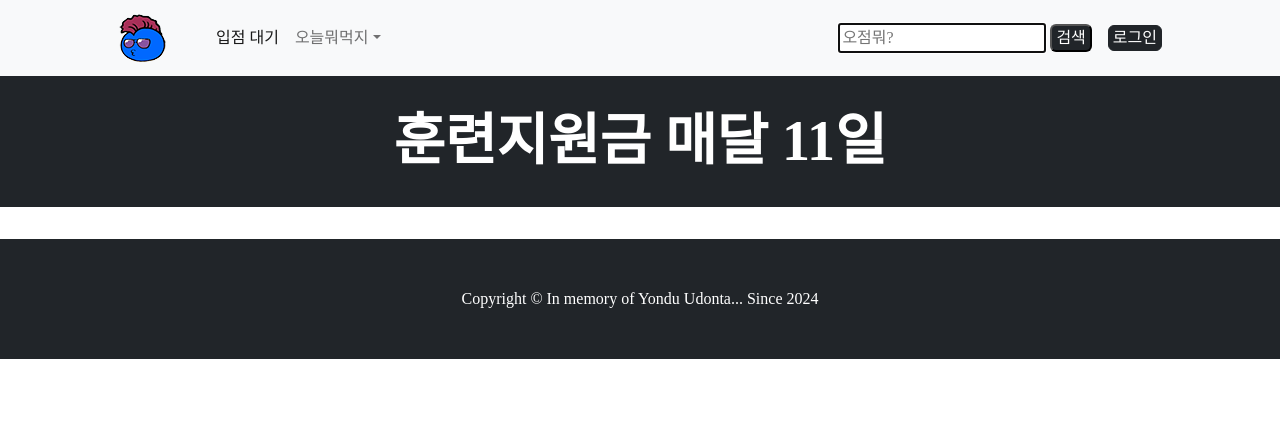
Repository: ashwan94/ydzone
Page: http://localhost/YonduZone/main
These files come from the project's save history. The page is drawn as it stood at one moment and after the next save; the edit follows.
The browser window is 1280 px wide. The pictures show the whole page.
Some web fonts or font styles are not loaded; a fallback is used. The page is served by Tomcat 9. Other server files are loaded and not shown. Queries for data that is not in the repository find no rows.

Above is the page before, as saved 2024-05-01 11:58:39.
Console error: SyntaxError: Identifier 'loginCheck' has already been declared

### YonduZone/src/main/webapp/WEB-INF/views/common/main.jsp
<%@ page language="java" contentType="text/html; charset=UTF-8"
	pageEncoding="UTF-8"%>
<%@ taglib prefix="c" uri="http://java.sun.com/jsp/jstl/core"%>
<jsp:include page="/WEB-INF/views/common/header.jsp">
	<jsp:param value="욘두존에 오신 것을 환영합니다." name="title" />
	<jsp:param value="훈련지원금 매달 11일" name="center" />
	<jsp:param value="" name="content" />
</jsp:include>
<style>
	.imgContainer{
		overflow:hidden;
	}
</style>

<section class="py-2">
<div>${msg }</div>
	<div class="container px-4 px-lg-5 mt-3">
		<div class="row gx-4 gx-lg-4 row-cols-2 row-cols-md-3 row-cols-xl-4 justify-content-center">
			<c:forEach var="rst" items="${restaurants}">
				<a href="/restaurant/view?no=${rst.no }&restaurantName=${rst.restaurantName}&intro=${rst.intro }&open=${rst.open }&addr=${rst.addr }&tel=${rst.tel }&details=${rst.details }&hits=${rst.hits }&createDate=${rst.createDate }&fileName=${rst.fileName }&menuName=${rst.menuName}&price=${rst.price}&category=${rst.category}">
					<div class="col mb-4">
						<div class="card">
							<div class="card border-0 text-center">${rst.no }</div>
								<div class="imgContainer">
								<!-- Product image-->
								<img class="card-img-top rounded" src="${pageContext.request.contextPath }/Source/Restaurant_images/${rst.fileName}" style="width:95%; height:35vh; margin-left:2.5%;" alt="${rst.fileName }"/>
								</div>
							<!-- Product details-->
							<div class="card-body pb-0">
								<div class="text-center pb-2">
									<!-- Product name-->
									<h5 class="fw-bolder m-1">${rst.restaurantName }</h5>
									<h6 class="fw-bolder m-1">${rst.menuName }</h6>
									<!-- Product price-->
									<span class="price">${rst.price }</span>
								</div>
							</div>
							<!-- Product actions-->
							<div class="card-footer pt-0 mb-1 border-top-0 bg-transparent">
								<div class="text-center">
									<div class="btn btn-outline-dark my-1">${rst.intro }</div>
									<div class="btn btn-outline-dark my-1">${rst.details }</div>
								</div>
							</div>
						</div>
					</div>
				</a>
			</c:forEach>
		</div>
	</div>
<input type="hidden" id="msg" value="${msg }">
</section>
<script>
	var msgEl = document.querySelector("#msg");
	if(msgEl.value != "") {
		alert(${msg});
		alert("회원강비 완료!");
		console.log("콘솔은 잘됨");
	}

	const searchBar = document.querySelector("#searchBar");
	searchBar.select();

	const loginCheck = document.querySelector("#loginCheck");
	const stanbyRestaurant = document.querySelector("#stanbyRestaurant");

	stanbyRestaurant.addEventListener("click", function(e) {
		e.preventDefault();
		if(loginCheck) {
			alert("로그인 이후 이용 가능합니다.");
			location.href = "/login"
		}else{
			location.href = "/restaurant/stanby"
		}
	})
</script>
<jsp:include page="/WEB-INF/views/common/footer.jsp" />

### YonduZone/src/main/webapp/WEB-INF/views/common/header.jsp
<%@ page language="java" contentType="text/html; charset=UTF-8"
	pageEncoding="UTF-8"%>
<%@ taglib prefix="c" uri="http://java.sun.com/jsp/jstl/core"%>
<!DOCTYPE html>
<html lang="en">
<head>
<meta charset="UTF-8">
<meta name="viewport"
	content="width=device-width, initial-scale=1, shrink-to-fit=no" />
<meta name="description" content="" />
<meta name="author" content="" />
<!-- Favicon-->
<link rel="icon" type="image/x-icon" href="assets/favicon.ico" />
<!-- Bootstrap icons-->
<link
	href="https://cdn.jsdelivr.net/npm/bootstrap-icons@1.5.0/font/bootstrap-icons.css"
	rel="stylesheet" />
<!-- Core theme CSS (includes Bootstrap)-->
<link href="/Bootstrap/css/styles.css" rel="stylesheet" />
<title>${param.title }</title>
<style>
	a{
		text-decoration:none;
		color:black;
	}
	a:hover{
		color:rgb(57, 151, 255);
	}

	@font-face {
    font-family: 'SUIT-Regular';
    src: url('https://cdn.jsdelivr.net/gh/projectnoonnu/noonfonts_suit@1.0/SUIT-Regular.woff2') format('woff2');
    font-weight: normal;
    font-style: normal;
	}

	* {
		font-family: 'SUIT-Regular';
	}
</style>

</head>
<body>
	<header>
		<nav class="navbar navbar-expand-lg navbar-light bg-light">
			<div class="container px-4 px-lg-5">
				<a class="navbar-brand" href="/main"><img src="${pageContext.request.contextPath }/Source/header/logo/main_logo.png" alt="Welcome to YouduZone!"></a>
				<button class="navbar-toggler" type="button" data-bs-toggle="collapse" data-bs-target="#navbarSupportedContent" aria-controls="navbarSupportedContent" aria-expanded="false" aria-label="Toggle navigation">
					<span class="navbar-toggler-icon"></span>
				</button>
				<div class="collapse navbar-collapse" id="navbarSupportedContent">
					<ul class="navbar-nav me-auto mb-2 mb-lg-0 ms-lg-4">
						<li class="nav-item">
							<a class="nav-link active" aria-current="page" href="/restaurant/stanby?userNo=${sessionScope.user.no }" data-value="${sessionScope.user.no }" id="stanbyRestaurant">입점 대기</a>
						</li>
						<li class="nav-item dropdown">
                            <a class="nav-link dropdown-toggle" id="navbarDropdown" href="#" role="button" data-bs-toggle="dropdown" aria-expanded="false">오늘뭐먹지</a>
                            <ul class="dropdown-menu text-center" aria-labelledby="navbarDropdown">
                                <li><a class="dropdown-item" href="/restaurant/category?category=밥">밥</a></li>
                                <li><a class="dropdown-item" href="/restaurant/category?category=국/찌개">국/찌개</a></li>
                                <li><a class="dropdown-item" href="/restaurant/category?category=면/분식">면/분식</a></li>
                                <li><a class="dropdown-item" href="/restaurant/category?category=야식">야식</a></li>
                            </ul>
                        </li>
					</ul>

					<form action="/restaurant/search" method="get" class="d-flex">
						<label>
							<input type="text" name="searchWord" placeholder="오점뭐?" id="searchBar">
							<button type="submit" class="badge bg-dark text-white fs-6 rounded-25 p-1 fw-normal me-3">검색</button>
						</label>
					</form>
					<c:choose>
						<c:when test="${not empty sessionScope.user }">
							<a href="/restaurant/add" class="badge d-flex bg-dark text-white mx-2 p-1 rounded-25 fs-6 fw-normal">밥집 추가</a>
							<a href="/user/view"><span class="badge bg-dark text-white p-1 rounded-25 fs-6 fw-normal me-2">${sessionScope.user.nickName } 님</span></a>
							<form action="/logout" method="get">
								<button type="submit" class="d-flex badge bg-dark text-white p-1 rounded-25 fs-6 fw-normal">로그아웃</button>
							</form>
						</c:when>
						<c:otherwise>
							<form action="/login" method="get" class="d-flex">
								<button type="submit" class="badge btn btn-outline-dark bg-dark text-white p-1 rounded-25 fs-6 fw-normal">로그인</button>
							</form>
							<input type="hidden" id="loginCheck" value="${empty sessionScope.user }">
						</c:otherwise>
					</c:choose>
				</div>
			</div>
		</nav>
		<div class="container-fluid bg-dark p-3">
			<div class="text-center text-white my-3">
				<h1 class="display-4 fw-bolder">${param.center }</h1>
				<p class="lead fw-normal text-white-50 mb-0">${param.content }</p>
			</div>
		</div>
	</header>

### YonduZone/src/main/webapp/WEB-INF/views/common/footer.jsp
<%@ page language="java" contentType="text/html; charset=UTF-8"
	pageEncoding="UTF-8"%>
<footer class="py-5 bg-dark">
<div class="container">
	<p class="m-0 text-center text-white">Copyright &copy; In memory of Yondu Udonta... Since 2024</p>
</div>
</footer>
<!-- Bootstrap core JS-->
<script src="https://cdn.jsdelivr.net/npm/bootstrap@5.3.3/dist/js/bootstrap.bundle.min.js"></script>
<!-- Core theme JS-->
<script src="/Bootstrap/js/scripts.js"></script>
<script>
	const priceEl = document.querySelectorAll(".price");

	priceEl.forEach(el => {
		if(el == null) {
			console.log("There are no any price elements");
		} else{
			el.innerText = parseInt(el.innerText).toLocaleString() + "원";
		}
	})

	/* const searchBar = document.querySelector("#searchBar");
	searchBar.select(); */

	const loginCheck = document.querySelector("#loginCheck");
	const stanbyRestaurant = document.querySelector("#stanbyRestaurant");

	stanbyRestaurant.addEventListener("click", function(e) {
		e.preventDefault();

		if(loginCheck) {
			alert("로그인 이후 이용 가능합니다.");
			location.href = "/login";
		}else{
			location.href = "/restaurant/stanby?userNo=" + stanbyRestaurant.getAttribute("data-value");
		}
	})
</script>
</body>
</html>

### YonduZone/src/main/java/common/MainServlet.java
package common;

import java.io.File;
import java.io.IOException;
import java.util.ArrayList;
import java.util.List;

import javax.servlet.ServletContext;
import javax.servlet.ServletException;
import javax.servlet.annotation.WebServlet;
import javax.servlet.http.HttpServlet;
import javax.servlet.http.HttpServletRequest;
import javax.servlet.http.HttpServletResponse;

import org.apache.ibatis.session.SqlSession;

import restaurant.RestaurantService;
import restaurant.RestaurantVO;

@WebServlet("/main")
public class MainServlet extends HttpServlet {
	private RestaurantService service;


	@Override
		public void init() throws ServletException {
			ServletContext servletContext = getServletContext();
			SqlSession session = (SqlSession) servletContext.getAttribute("sqlSession");
			this.service = new RestaurantService(session);
		}

	protected void doGet(HttpServletRequest request, HttpServletResponse response) throws ServletException, IOException {
		String searchType = request.getParameter("searchType");
		String searchWord = request.getParameter("searchWord");

		SearchVO vo = new SearchVO(searchType, searchWord);

		List<RestaurantVO> list = service.getRestaurantList(vo);

		request.setAttribute("restaurants", list);
		request.getRequestDispatcher("/WEB-INF/views/common/main.jsp").forward(request, response);
	}

}

Loaded but not shown: YonduZone/src/main/webapp/Bootstrap/css/styles.css (library); YonduZone/src/main/webapp/Bootstrap/js/scripts.js (common file)

After the next save:
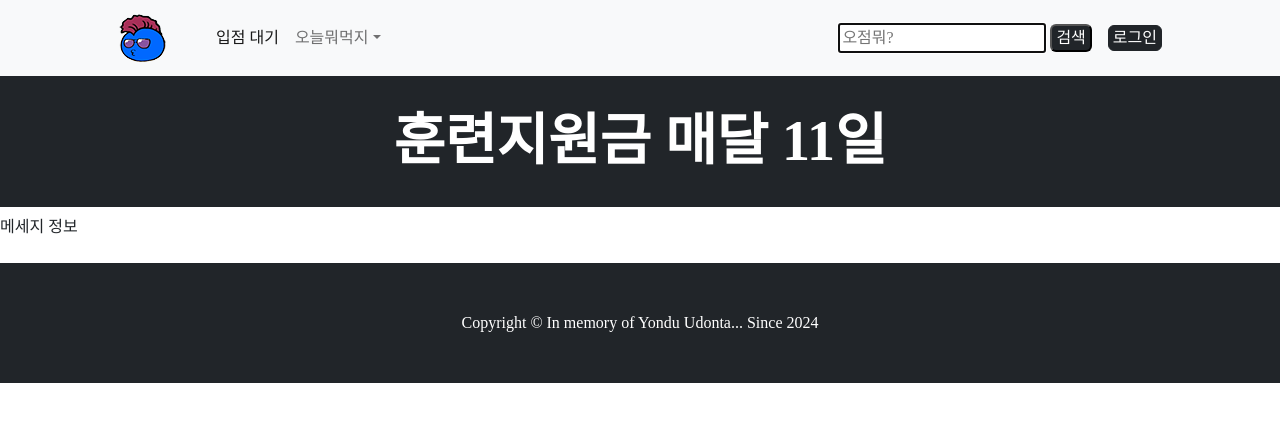
Saved 4 s later.
--- a/YonduZone/src/main/webapp/WEB-INF/views/common/main.jsp
+++ b/YonduZone/src/main/webapp/WEB-INF/views/common/main.jsp
@@ -13,7 +13,7 @@
 </style>
 
 <section class="py-2">
-<div>${msg }</div>
+<div>메세지 정보 ${msg }</div>
 	<div class="container px-4 px-lg-5 mt-3">
 		<div class="row gx-4 gx-lg-4 row-cols-2 row-cols-md-3 row-cols-xl-4 justify-content-center">
 			<c:forEach var="rst" items="${restaurants}">

After the 2 saves that followed:
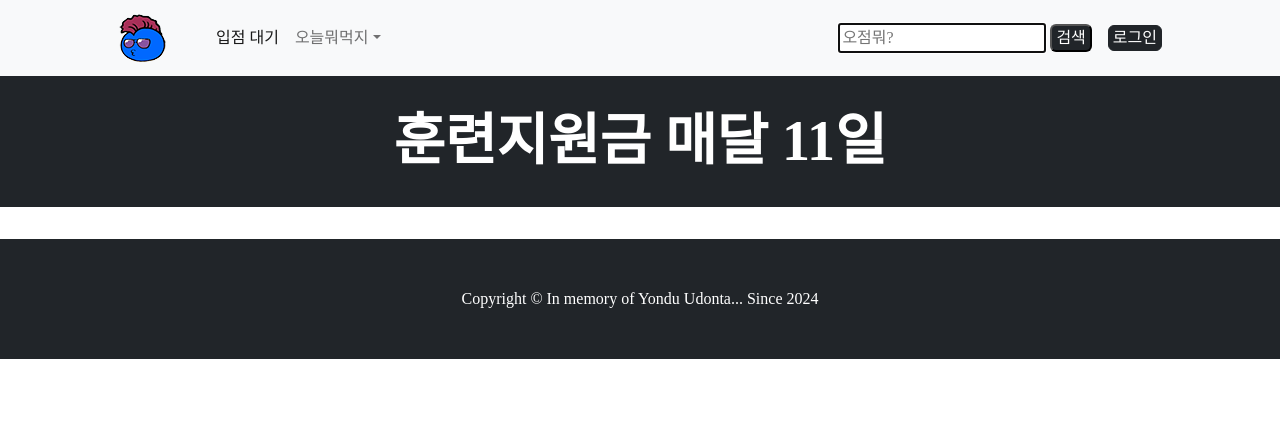
The 2 saves are shown as one change because 1 left the picture as it was.
The last was saved 2 min 3 s later.
--- a/YonduZone/src/main/webapp/WEB-INF/views/common/main.jsp
+++ b/YonduZone/src/main/webapp/WEB-INF/views/common/main.jsp
@@ -13,7 +13,6 @@
 </style>
 
 <section class="py-2">
-<div>메세지 정보 ${msg }</div>
 	<div class="container px-4 px-lg-5 mt-3">
 		<div class="row gx-4 gx-lg-4 row-cols-2 row-cols-md-3 row-cols-xl-4 justify-content-center">
 			<c:forEach var="rst" items="${restaurants}">
@@ -48,16 +47,8 @@
 			</c:forEach>
 		</div>
 	</div>
-<input type="hidden" id="msg" value="${msg }">
 </section>
 <script>
-	var msgEl = document.querySelector("#msg");
-	if(msgEl.value != "") {
-		alert(${msg});
-		alert("회원강비 완료!");
-		console.log("콘솔은 잘됨");
-	}
-
 	const searchBar = document.querySelector("#searchBar");
 	searchBar.select();
 
